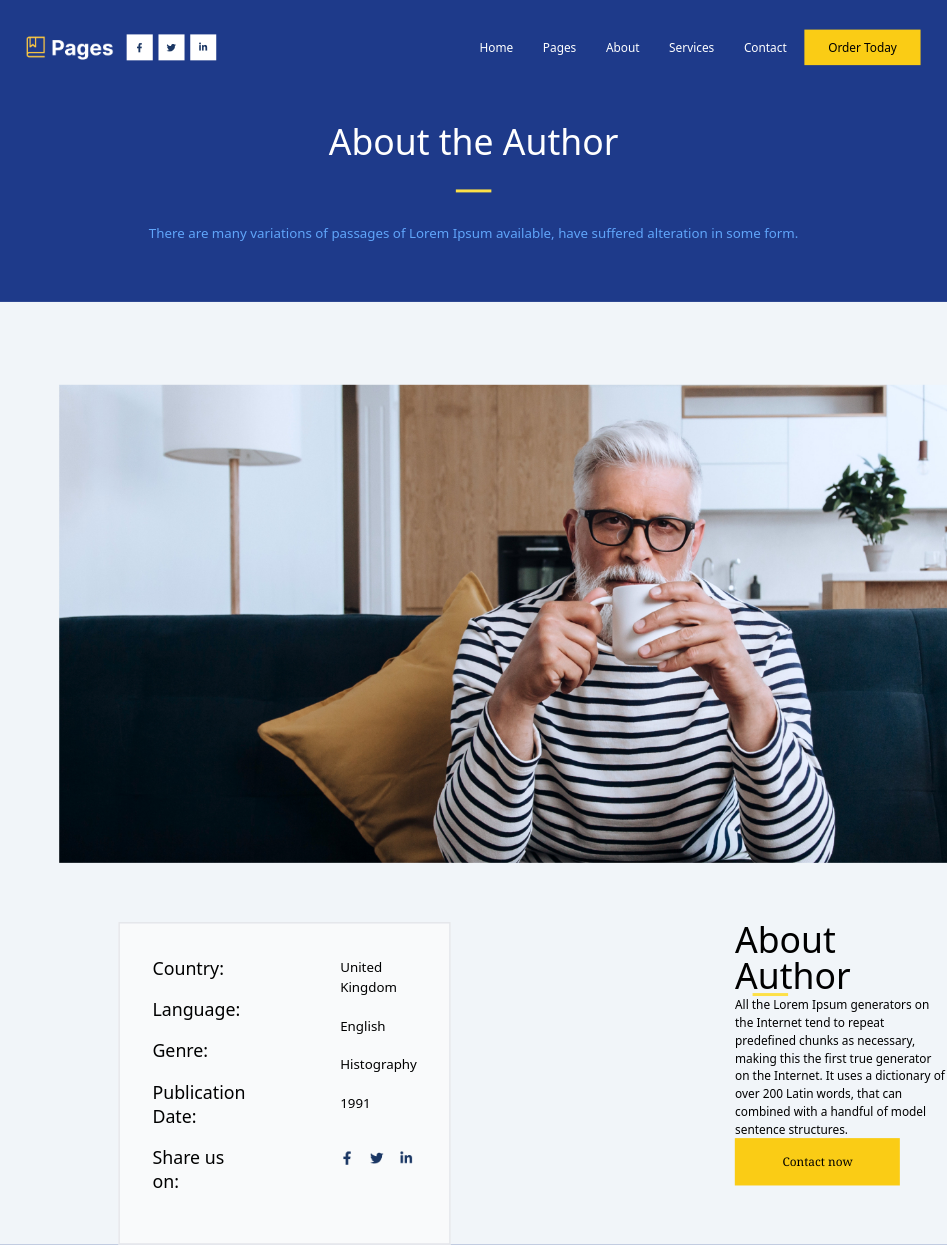
Repository: Godnorg/Class3
Page: index.html
These files come from the project's save history. The page is drawn as it stood at one moment and after the next save; the edit follows.
The browser window is 1280 px wide. The pictures show the whole page, at 74% of full size.
Some web libraries are served in a nearby version.

Above is the page before, as saved 2023-02-20 02:40:46.

After the next save:
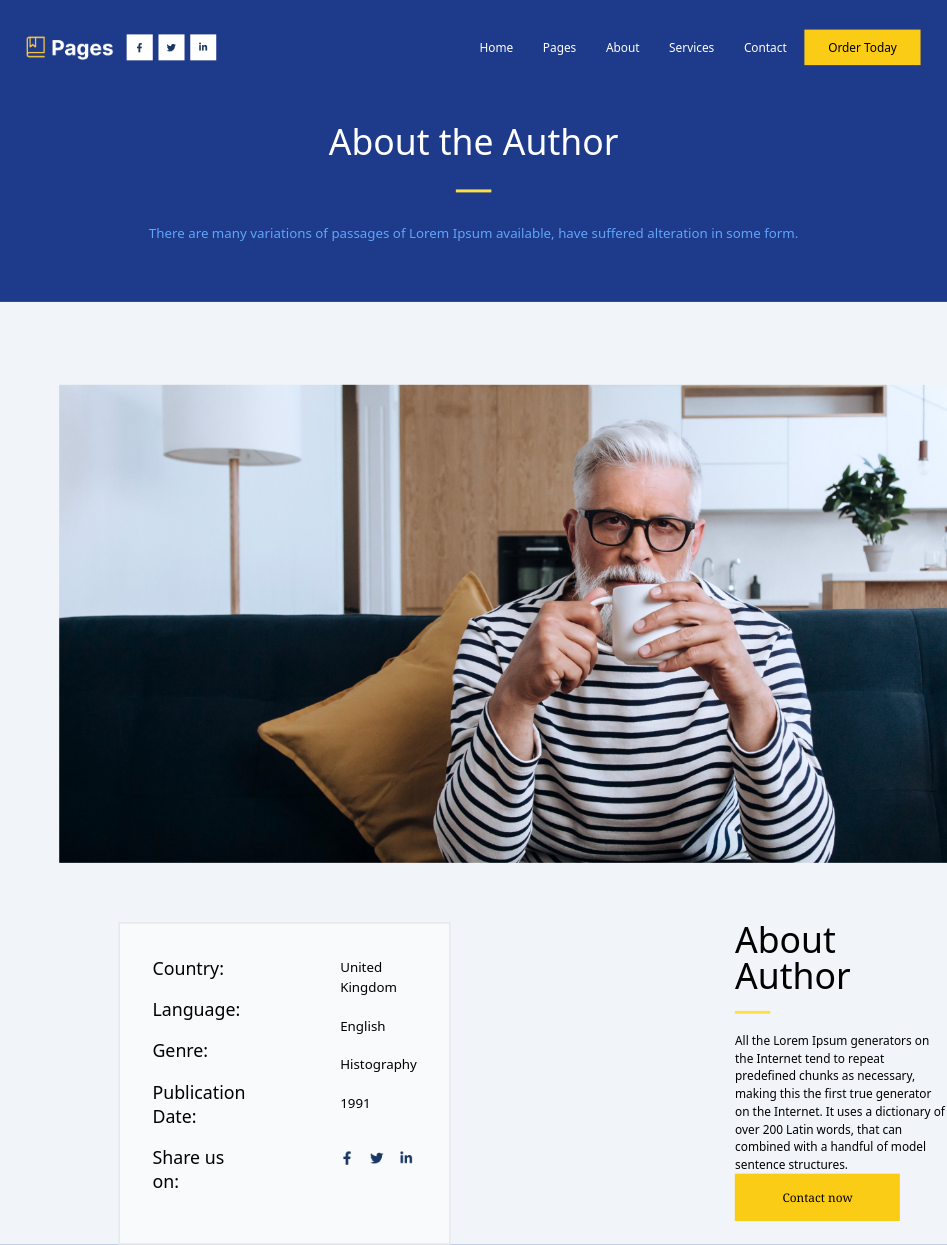
Saved 7 s later.
--- a/index.html
+++ b/index.html
@@ -57,7 +57,7 @@
         </div>
         <div class="">
           <h1 class="text-5xl">About Author</h1>
-          <div class="w-12 h-1 mx-6 bg-yellow-300"></div>
+          <div class="w-12 h-1 my-6 bg-yellow-300"></div>
           <p>All the Lorem Ipsum generators on the Internet tend to repeat predefined chunks as necessary, making this the first true generator on the Internet. It uses a dictionary of over 200 Latin words, that can combined with a handful of model sentence structures.</p>
           <button class="px-16 py-5 mx-auto font-serif bg-yellow-400">Contact now</button>
         </div>
